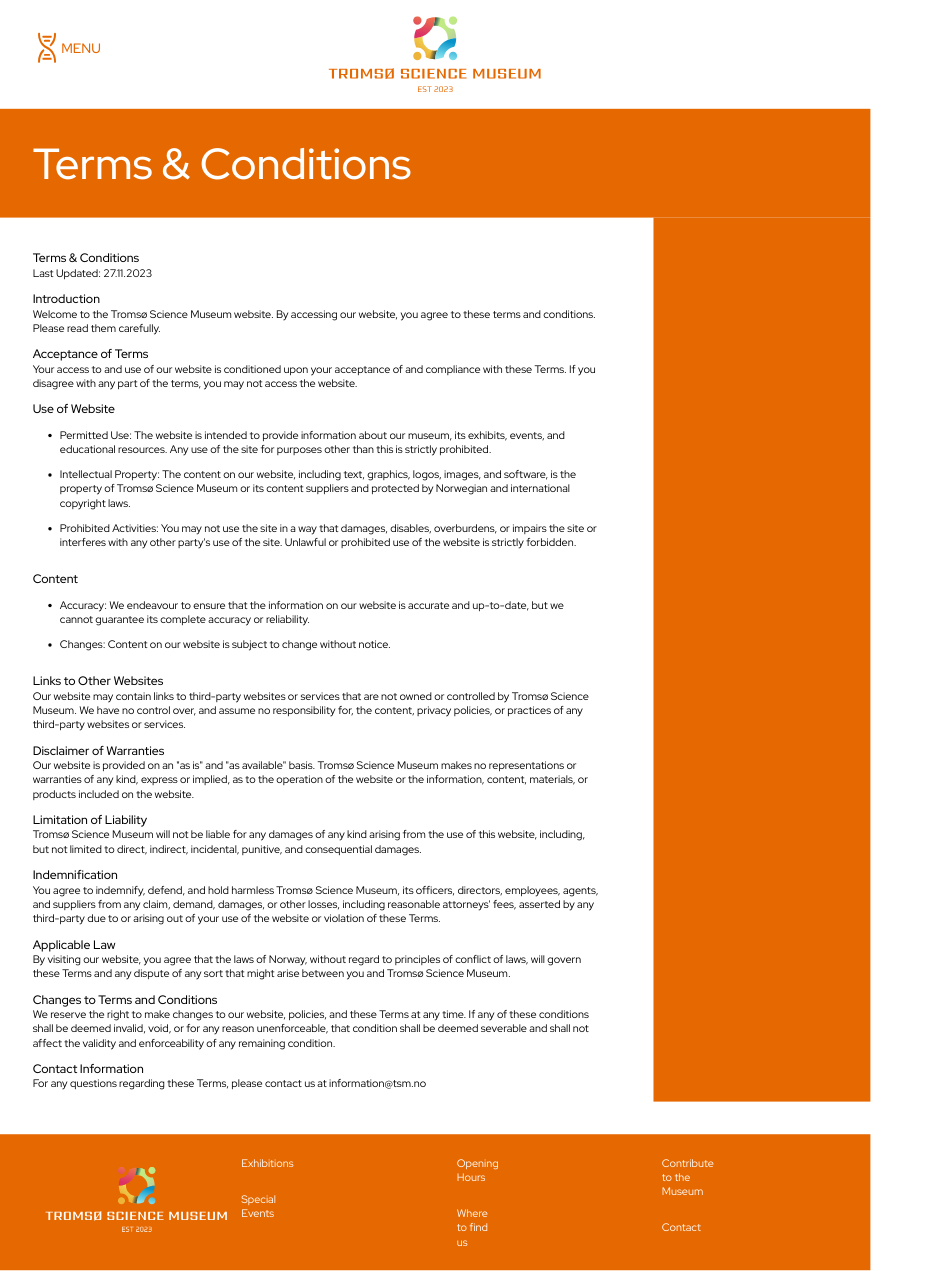
Repository: benjaminskarding/Semester-Project
Page: terms_conditions.html
The author's editor kept a copy of each file at every save. The page is drawn from the files as they stood at one save, then again after the next save.
The browser window is 1280 px wide. The page is 1367 px wide, so the pictures cover 1367 px, including what lies to the right of the window. The pictures show the whole page, at 68% of full size.

Above is the page before, as saved 2023-11-29 16:11:05.

After the next save:
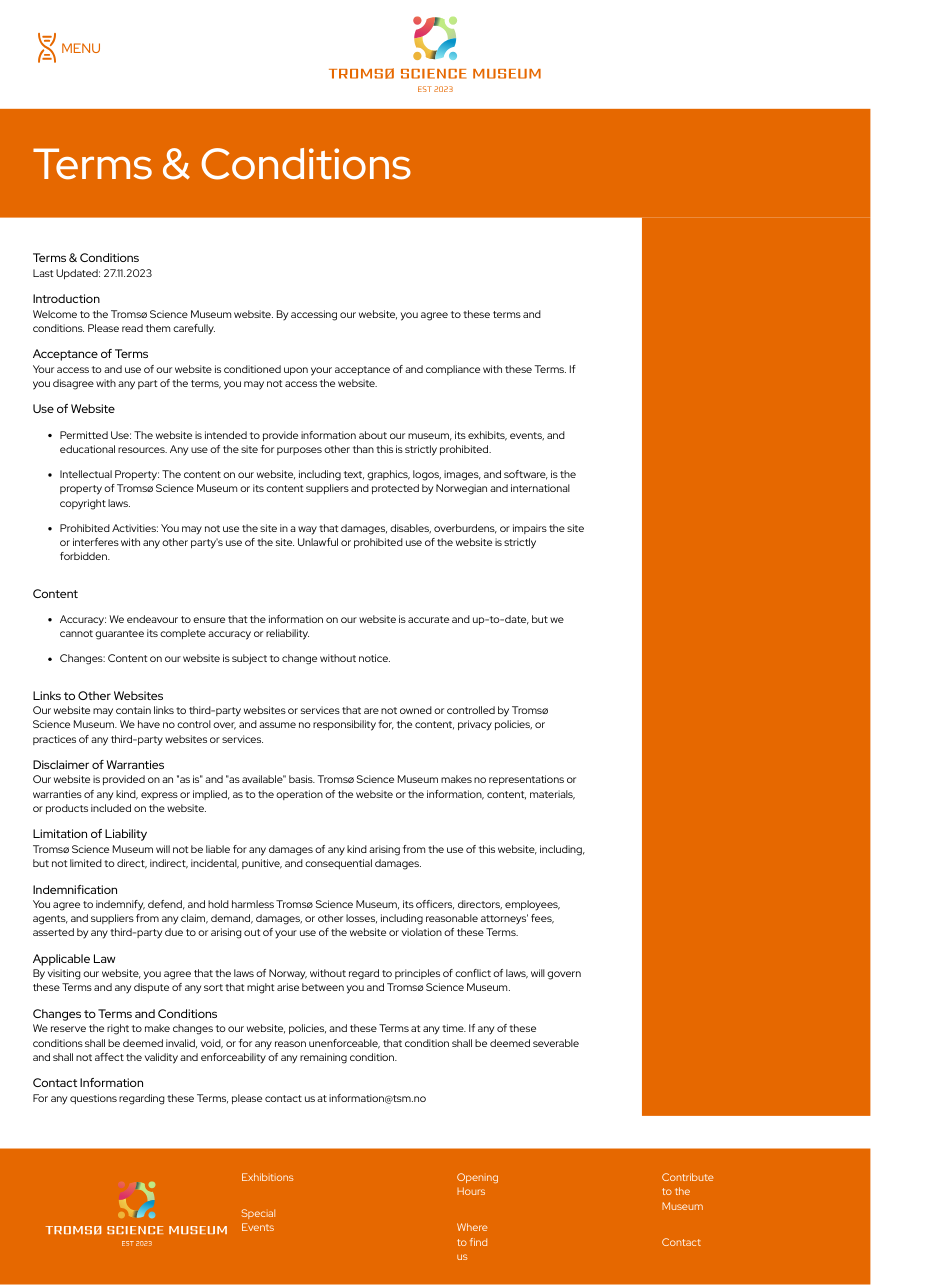
Saved 7 s later.
--- a/src/css/terms_conditions.css
+++ b/src/css/terms_conditions.css
@@ -8,7 +8,7 @@
     align-items: center;
     justify-content: flex-start;
     background-color: #E66800;
-    width: 35%;
+    width: 30rem;
 }
 
 .main-content {
